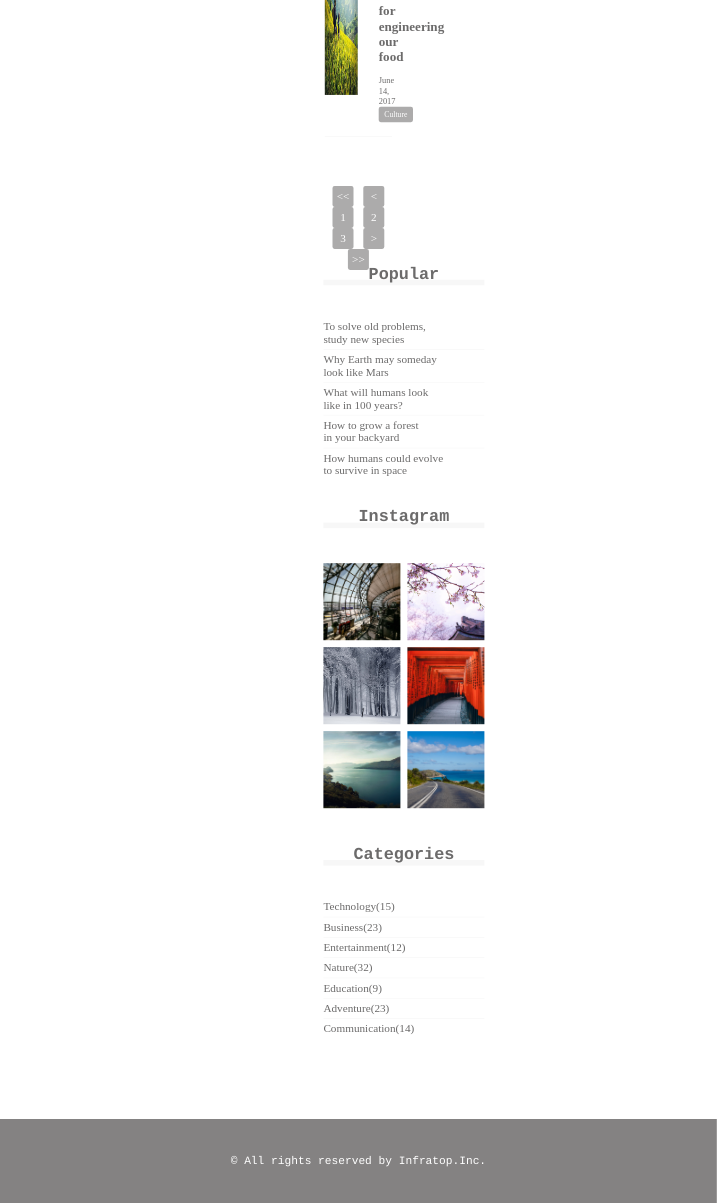
Repository: pureforest/html
Page: caravan/index.html
The author's editor kept a record of every edit. The page is drawn from the files as they stood at one moment, then again after the next edit.
The browser window is 1024 px wide. The pictures show the part of the page from y = 1762 to 4002 px (the page is 3480 px tall before and 4002 px after), at 70% of full size.
Some web libraries are served in a nearby version.

Above is the page before.

After the next edit:
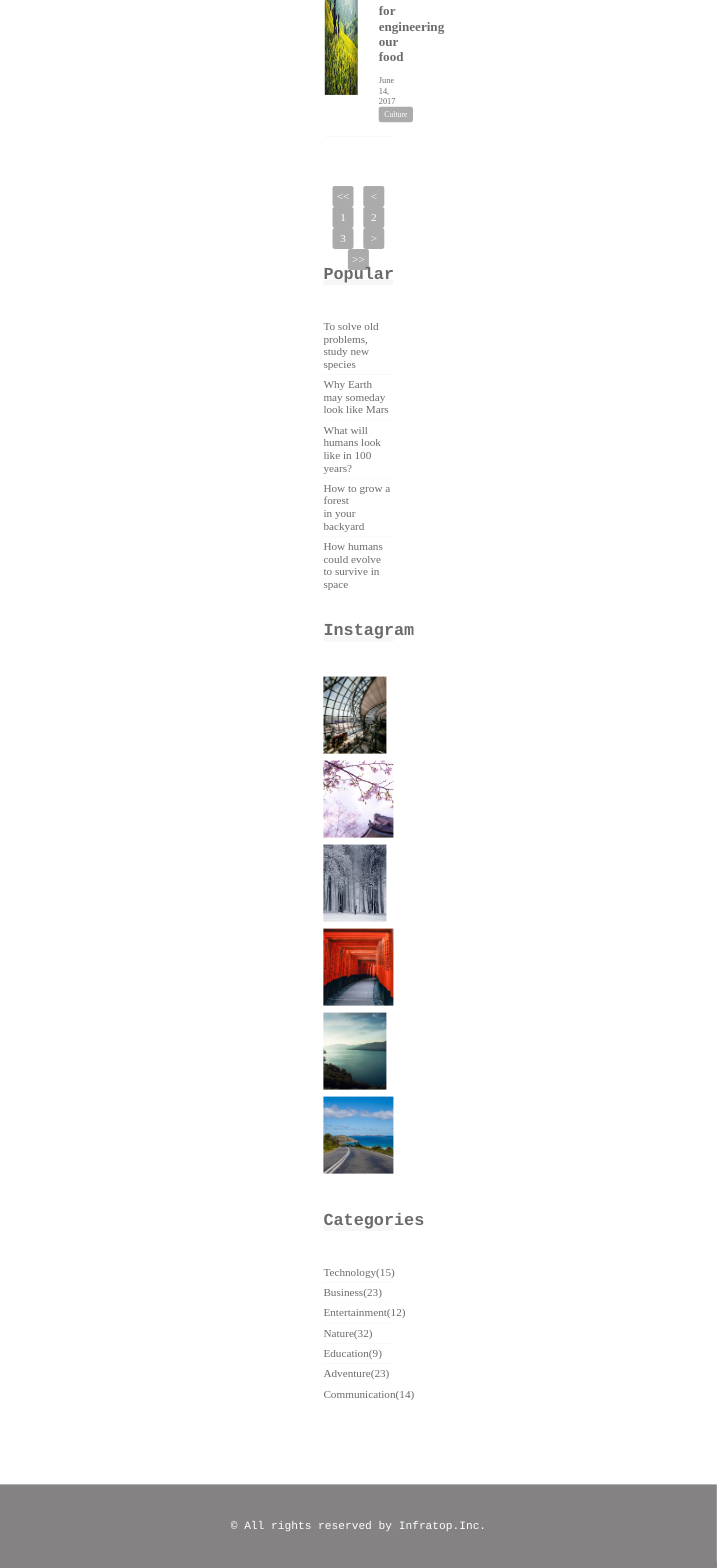
The edit:
--- a/caravan/style.css
+++ b/caravan/style.css
@@ -270,7 +270,7 @@
 }
 
 .sidebar {
-  width: 230px;
+  width: 100%;
 }
 
 .common-heading {
